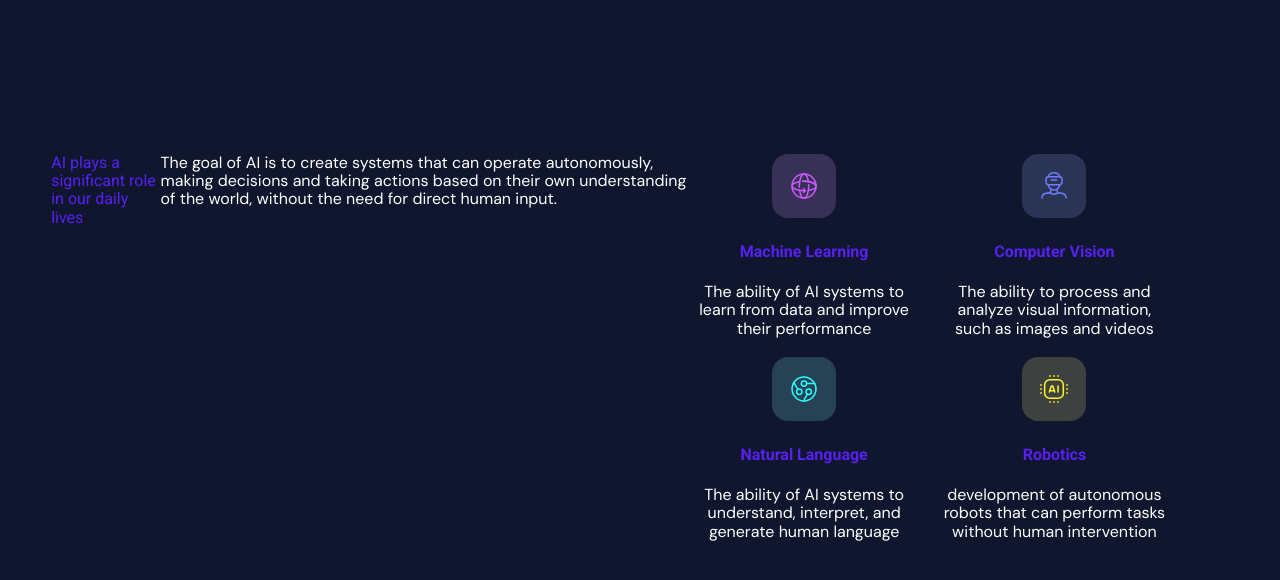
Repository: alphatra/INVO-Academy
Page: / (app in [lvl 1] Sekcja 4 obszarów AI/Starter-code/)
These files come from the project's save history. The page is drawn as it stood at one moment and after the next save; the edit follows.
The browser window is 1280 px wide. The pictures show the whole page.
The project was rebuilt for these pictures with package versions that can differ from the ones it lists, and the page was loaded fresh each time.

Above is the page before, as saved 2023-03-09 19:44:43.
Console error: TypeError: Cannot read properties of null (reading 'addEventListener')

### [lvl 1] Sekcja 4 obszarów AI/Starter-code/index.html
<!DOCTYPE html>
<html lang="en">

<head>
  <meta charset="UTF-8" />
  <link rel="icon" type="image/svg+xml" href="/vite.svg" />
  <meta name="viewport" content="width=device-width, initial-scale=1.0" />
  <title>INVO Academy JS Starter with Vite</title>
</head>

<!-- In order to start your challenge, remove all the content inside <div id="home-page"></div> and start coding :) -->

<body>
  <section class="hero">
    <div class="hero__header">AI plays a significant role in our daily lives</div>
      <div class="header__text">
        <span>The goal of AI is to create systems that can operate
          autonomously, making decisions and taking actions based on
          their own understanding of the world, without the need for direct human input.</span>
      </div>
    </div>

    <div class="hero__categories">
      <div class="categories__category">
        <div class="categories__image">
          <img src="/public/images/ML.svg" alt="Machine Learning">
        </div>
        <h4>Machine Learning</h4>
        <span>The ability of AI systems to learn from data and improve their performance</span>
      </div>
      <div class="categories__category">
        <div class="categories__image">
          <img src="/public/images/CV.svg" alt="Computer Vision">
        </div>
        <h4>Computer Vision</h4>
        <span>The ability to process and analyze visual information, such as images and videos</span>
      </div>
      <div class="categories__category">
        <div class="categories__image">
          <img src="/public/images/NL.svg" alt="Natural Language">
        </div>
        <h4>Natural Language</h4>
        <span> The ability of AI systems to understand, interpret, and generate human language</span>
      </div>
      <div class="categories__category">
        <div class="categories__image">
          <img src="/public/images/AI.svg" alt="Robotics">
        </div>
        <h4>Robotics</h4>
        <span>development of autonomous robots that can perform tasks without human intervention</span>
      </div>
    </div>
  </section>


  <script type="module" src="/src/global-scripts/main.js"></script>
  <script type="module" src="/src/pages/home-page/scripts/home-page.js"></script>
</body>

</html>

### [lvl 1] Sekcja 4 obszarów AI/Starter-code/src/pages/home-page/scripts/home-page.js
/// Homepage JavaScript File
/// Here we import all the JavaScript files we need for our homepage.

import '../styles/home-page.scss'

import { setupCounter } from '../../../global-scripts/scripts/counter/counter.js'

setupCounter(document.querySelector('#counter'))

### [lvl 1] Sekcja 4 obszarów AI/Starter-code/src/global-styles/style.scss
/// Main Styles File
/// Here we import all the global Styles files we need for our project.

@import "styles/normalize.scss";
@import "styles/root.scss";
@import "styles/fonts.scss";

body {
  font-family: 'Roboto', sans-serif;
  color: var(--color-primary);
}

p {
  color: var(--color-on-surface);
}

### [lvl 1] Sekcja 4 obszarów AI/Starter-code/src/pages/home-page/styles/home-page.scss
    /// Homepage Styles File
    /// Here we import all the Styles files we need for our Homepage.

    body {
        background-color: #0F162D;
    }

    h1,
    p,
    span {
        font-family: 'DM Sans', sans-serif;
        color: white;
    }

    .hero {
        margin-top: 12%;
        padding: 0 4%;
        display: flex;
        align-items: flex-start;

        &__header {
            margin-right: auto;

            &__text {
                margin-right: 3em;
                padding: 0 10%;

                h1 {
                    margin-block-start: 0;
                    font-size: 48px;
                    line-height: 56px;
                    font-weight: 500;
                    letter-spacing: -0.002em;
                    margin-bottom: 24px
                }

                span {
                    font-size: 16px;
                    line-height: 24px;
                    font-weight: 400;
                }

            }
        }

        &__categories {
            display: grid;
            margin-right: 5%;
            grid-template-columns: repeat(2, minmax(45%, 1fr));
            column-gap: 4%;
            row-gap: 5%;
            text-align: center;

            &__category {
                background: #272D42;
                border-radius: 24px;
                color: white;
                padding-top: 24px;
                padding-bottom: 24px;
                padding-left: 16px;
                padding-right: 16px;
                transition: box-shadow 0.2s ease-in-out;

                * {}

                h4 {
                    font-size: 20px;
                    line-height: 0px;
                    font-weight: 500;
                }

                span {
                    font-size: 16px;
                    line-height: 24px;
                    font-weight: 400;
                    opacity: 0.5;
                }
            }

            &__category:hover {
                box-shadow: 0 0 10px #fff, 0 0 20px #fff, 0 0 40px #0F162D, 0 0 60px #0F162D;
            }
        }

        @media screen and (max-width: 834px) {
            main {
                display: grid;
                gap: 5%;
                margin-top: 30%;
                padding: 0 20%;
            }

            .header {
                margin-right: 0;

                &__text {
                    margin-right: 0;
                    padding: 0;
                }
            }

            .categories {
                margin-right: auto;

            }
        }

        @media screen and (max-width: 375px) {
            main {
                margin-top: 14%;
                gap: 2%;
                display: grid;
                flex-direction: column;
                padding: 0 5%;
            }

            .header {
                &__text {
                    h1 {
                        font-size: 32px;
                        line-height: 40px;
                    }

                    span {
                        font-size: 16px;
                        line-height: 24px;
                    }
                }
            }

            .categories {
                grid-template-columns: repeat(1, 100%);
                row-gap: 3%;
            }

        }
    }

### [lvl 1] Sekcja 4 obszarów AI/Starter-code/src/global-scripts/scripts/counter/counter.js
/// Sample js file for demo purposes
/// Remember to always export your functions
/// so that they can be used in other files

export function setupCounter(element) {
  let counter = 0
  const setCounter = (count) => {
    counter = count
    element.innerHTML = `script test - count is ${counter}`
  }
  element.addEventListener('click', () => setCounter(counter + 1))
  setCounter(0)
}

### [lvl 1] Sekcja 4 obszarów AI/Starter-code/src/global-styles/styles/root.scss
/// Root Styles file
/// Here we define all the root variables we need for our project.
/// For examples see Material Design color system: https://m2.material.io/design/color/the-color-system.html

:root {
    --color-primary: #5721f2;
    --color-on-surface: #000;
}

### [lvl 1] Sekcja 4 obszarów AI/Starter-code/src/global-styles/styles/fonts.scss
/// Main Fonts File
/// Here we import all the fonts files we need for our project.

@import url('https://fonts.googleapis.com/css2?family=Roboto:ital,wght@0,100;0,300;0,400;0,500;0,700;0,900;1,100;1,300;1,400;1,500;1,700;1,900&display=swap');
@import url('https://fonts.googleapis.com/css2?family=DM+Sans:wght@400;500&display=swap');

Loaded but not shown: [lvl 1] Sekcja 4 obszarów AI/Starter-code/src/global-scripts/main.js (common file); [lvl 1] Sekcja 4 obszarów AI/Starter-code/src/global-styles/styles/normalize.scss (common file)

After the next save:
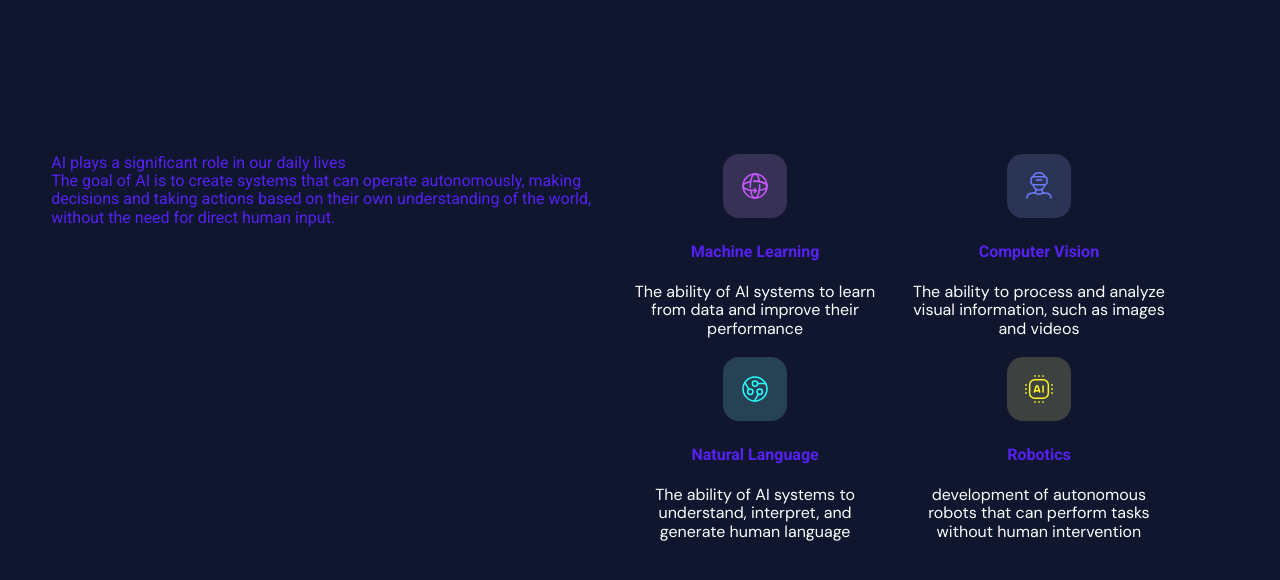
Saved 4 min 14 s later.
--- a/[lvl 1] Sekcja 4 obszarów AI/Starter-code/index.html
+++ b/[lvl 1] Sekcja 4 obszarów AI/Starter-code/index.html
@@ -12,11 +12,12 @@
 
 <body>
   <section class="hero">
-    <div class="hero__header">AI plays a significant role in our daily lives</div>
-      <div class="header__text">
-        <span>The goal of AI is to create systems that can operate
-          autonomously, making decisions and taking actions based on
-          their own understanding of the world, without the need for direct human input.</span>
+    <div class="hero__header">
+      <div class="header__title">AI plays a significant role in our daily lives</div>
+      <div class="header__dexription">
+        The goal of AI is to create systems that can operate
+        autonomously, making decisions and taking actions based on
+        their own understanding of the world, without the need for direct human input.
       </div>
     </div>
 
